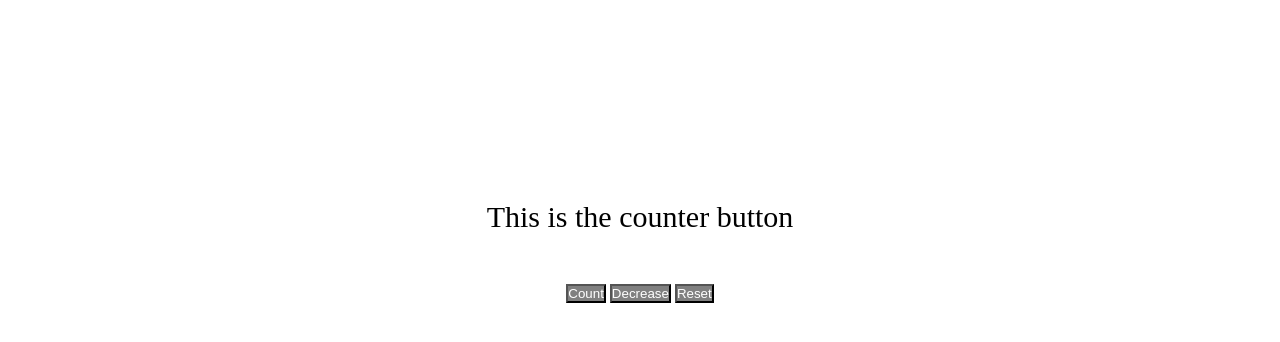
Repository: Aditya0377/Assignments
Page: Assignment/javascript practise/Counter.html
The author's editor kept a copy of each file at every save. The page is drawn from the files as they stood at one save, then again after the next save.
The browser window is 1280 px wide. The pictures show the whole page.

Above is the page before, as saved 2024-02-23 21:01:45.

### Assignment/javascript practise/Counter.html
<!DOCTYPE html>
<html lang="en">

<head>
    <meta charset="UTF-8">
    <meta name="viewport" content="width=device-width, initial-scale=1.0">
    <title>Counter</title>
</head>
<style>
    * {
        box-sizing: border-box;
        margin: 0px;
        padding: 0px;
    }

    body {
        height: 100%;
        display: flex;
        justify-content: center;
        align-items: center;
        flex-direction: column;
        margin-top: 200px;
    }

    P {
        font-size: 30px;
    }

    div {
        margin-top: 50px;
    }

    button {
        color: white;
        background-color: grey;
    }
</style>

<body>
    <p>This is the counter button</p>
    <p id="number"></p>
    <div>
        <button onclick="counterincrement()">Count</button>
        <button onclick="counterdecrement()">Decrease</button>
        <button onclick="counterreset()">Reset</button>
    </div>
</body>

</html>

After the next save:
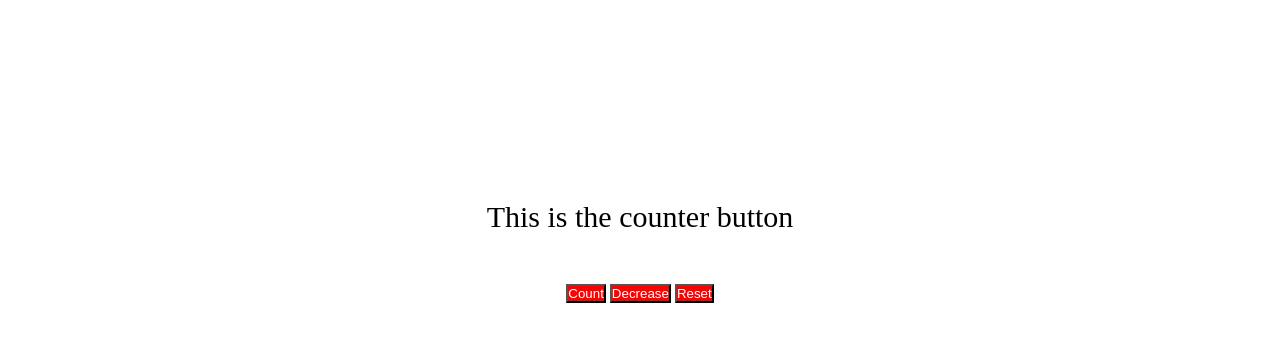
Saved 6 s later.
--- a/Assignment/javascript practise/Counter.html
+++ b/Assignment/javascript practise/Counter.html
@@ -32,7 +32,7 @@
 
     button {
         color: white;
-        background-color: grey;
+        background-color: red;
     }
 </style>
 
